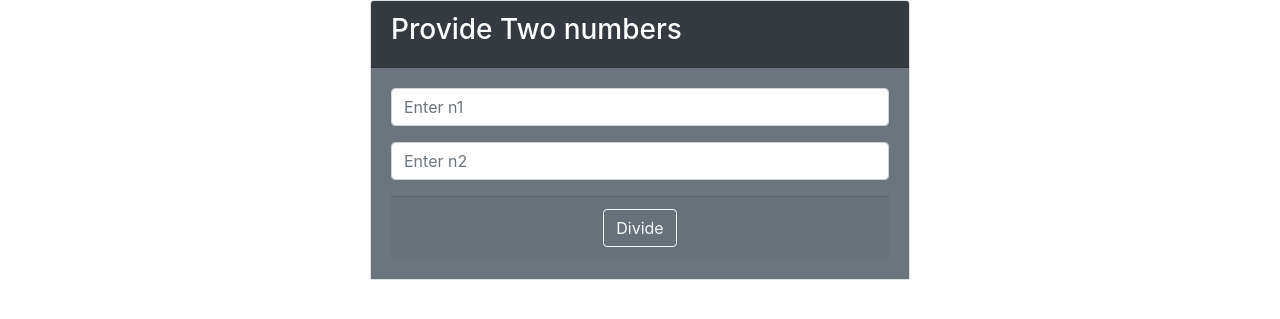
Repository: Rakshita123136/Advjavacollege
Page: Errorjsp/src/main/webapp/index.html
The author's editor kept a copy of each file at every save. The page is drawn from the files as they stood at one save, then again after the next save.
The browser window is 1280 px wide. The pictures show the whole page.

Above is the page before, as saved 2025-03-10 03:55:10.

After the next save:
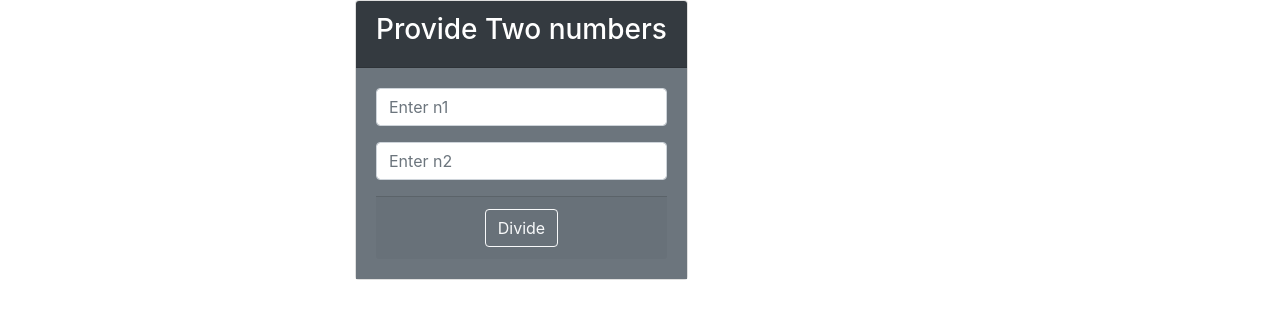
Saved 40 s later.
--- a/Errorjsp/src/main/webapp/index.html
+++ b/Errorjsp/src/main/webapp/index.html
@@ -13,7 +13,7 @@
 	<div class="container">
 		<div class="row">
 
-			<div class="col-md-6 offset-md-3">
+			<div class="col-ms-6 offset-md-3">
 				<form action="new.jsp">
 					<div class="card">
 						<div class="card-header bg-dark text-white">
